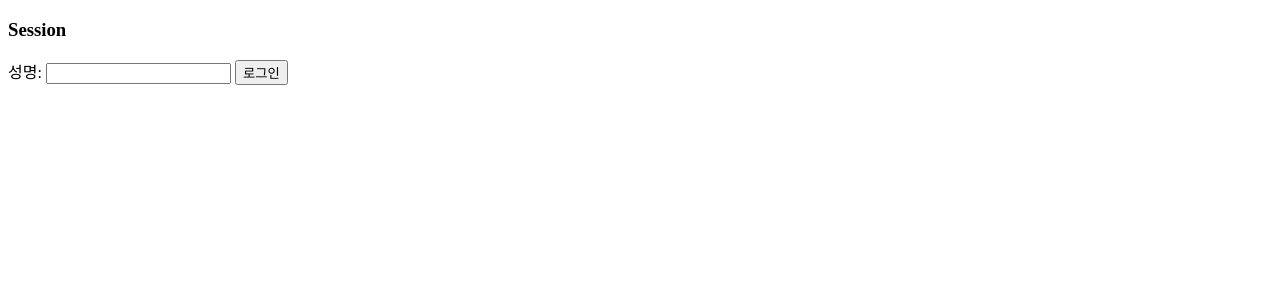
Repository: daehyuk1231/lect_labs_java
Page: http://localhost/java_web/session.jsp
These files come from the project's save history. The page is drawn as it stood at one moment and after the next save; the edit follows.
The browser window is 1280 px wide. The pictures show the whole page.
The page is served by Tomcat 10. Other server files are loaded and not shown.

Above is the page before, as saved 2025-08-18 02:46:45.

### java_web/src/main/webapp/session.jsp
<%@ page language="java" contentType="text/html; charset=UTF-8"
	pageEncoding="UTF-8"%>
<!DOCTYPE html>
<html>
<head>
<meta charset="UTF-8">
<title>Insert title here</title>
</head>
<body>
	<h3>Session</h3>
	<%
	String userName = (String) session.getAttribute("user_name");
	if (session.isNew() || userName == null) {
	%>
	<form method="post"
		action="${pageContext.request.contextPath}/servlet/SessionEx">
		성명: <input type="text" name="user_name" required>
		<button type="submit">로그인</button>
	</form>
	<%
	}
	%>
</body>
</html>

After the next save:
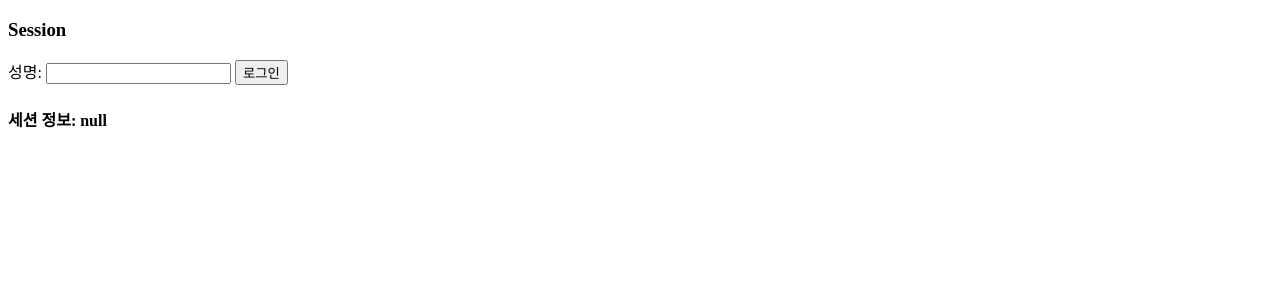
Saved 85 s later.
--- a/java_web/src/main/webapp/session.jsp
+++ b/java_web/src/main/webapp/session.jsp
@@ -20,5 +20,6 @@
 	<%
 	}
 	%>
+	<h4>세션 정보: <%=userName %></h4>
 </body>
 </html>
